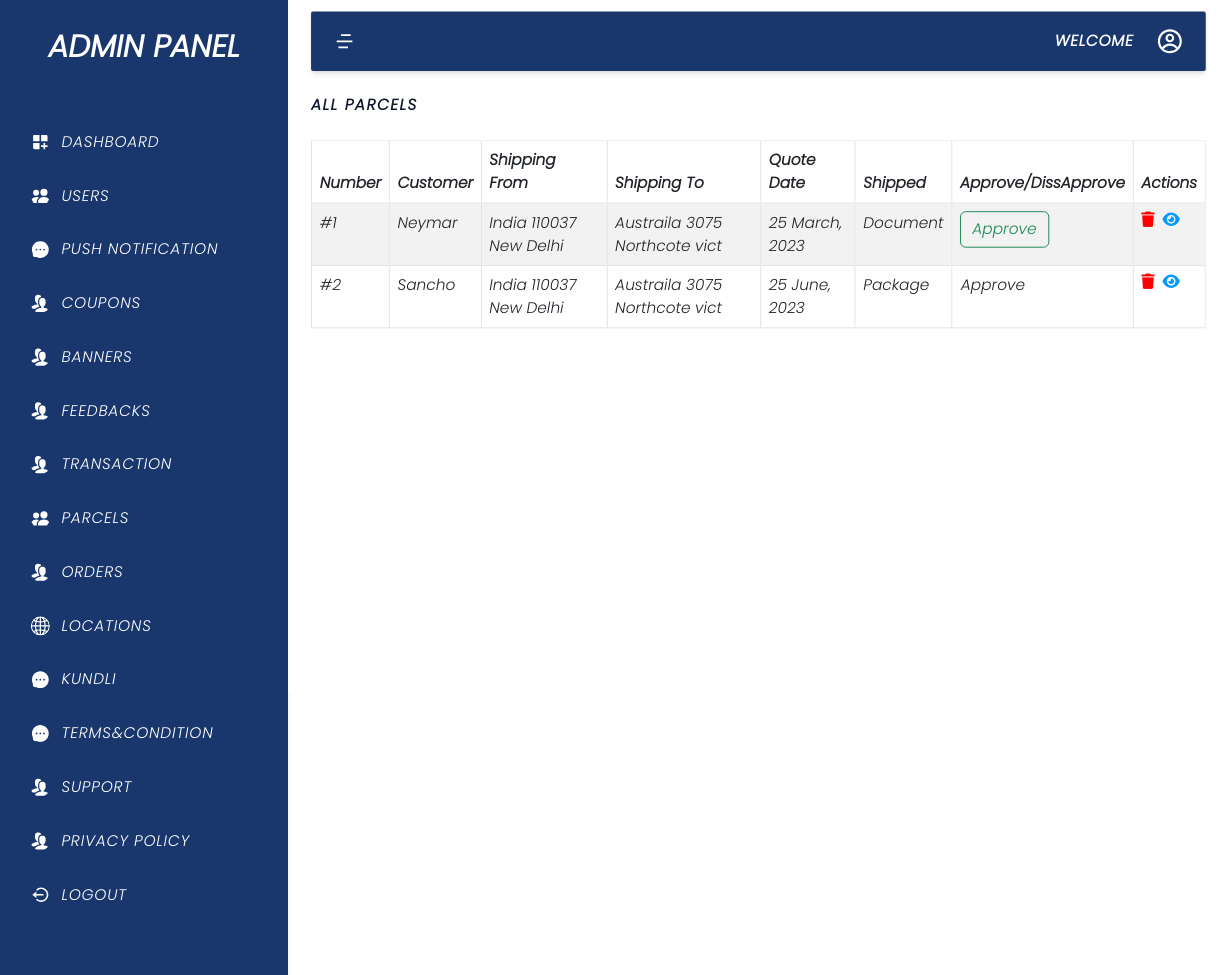
Repository: FlyweisReact/sarita
Page: /astro
An editor plug-in stored every save of this project. The page is shown before and after a run of saves, followed by the edit.
The browser window is 1280 px wide. The pictures show the whole page, at 96% of full size.
Some web libraries are served in a nearby version. The project was rebuilt for these pictures with package versions that can differ from the ones it lists, and the page was loaded fresh each time. Also part of the build but not shown: src/vendorPanel/forms/VendorLogin.jsx, src/vendorPanel/pages/AdminDiscount.js, src/vendorPanel/pages/AdminReview.js, src/vendorPanel/pages/Banners.js, src/vendorPanel/pages/Booking.js, src/vendorPanel/pages/Horoscope.js, src/vendorPanel/pages/Kundli.js, src/vendorPanel/pages/Message.js and 8 more.

Above is the page before, as saved 2023-04-19 13:03:59.

After the next 2 saves:
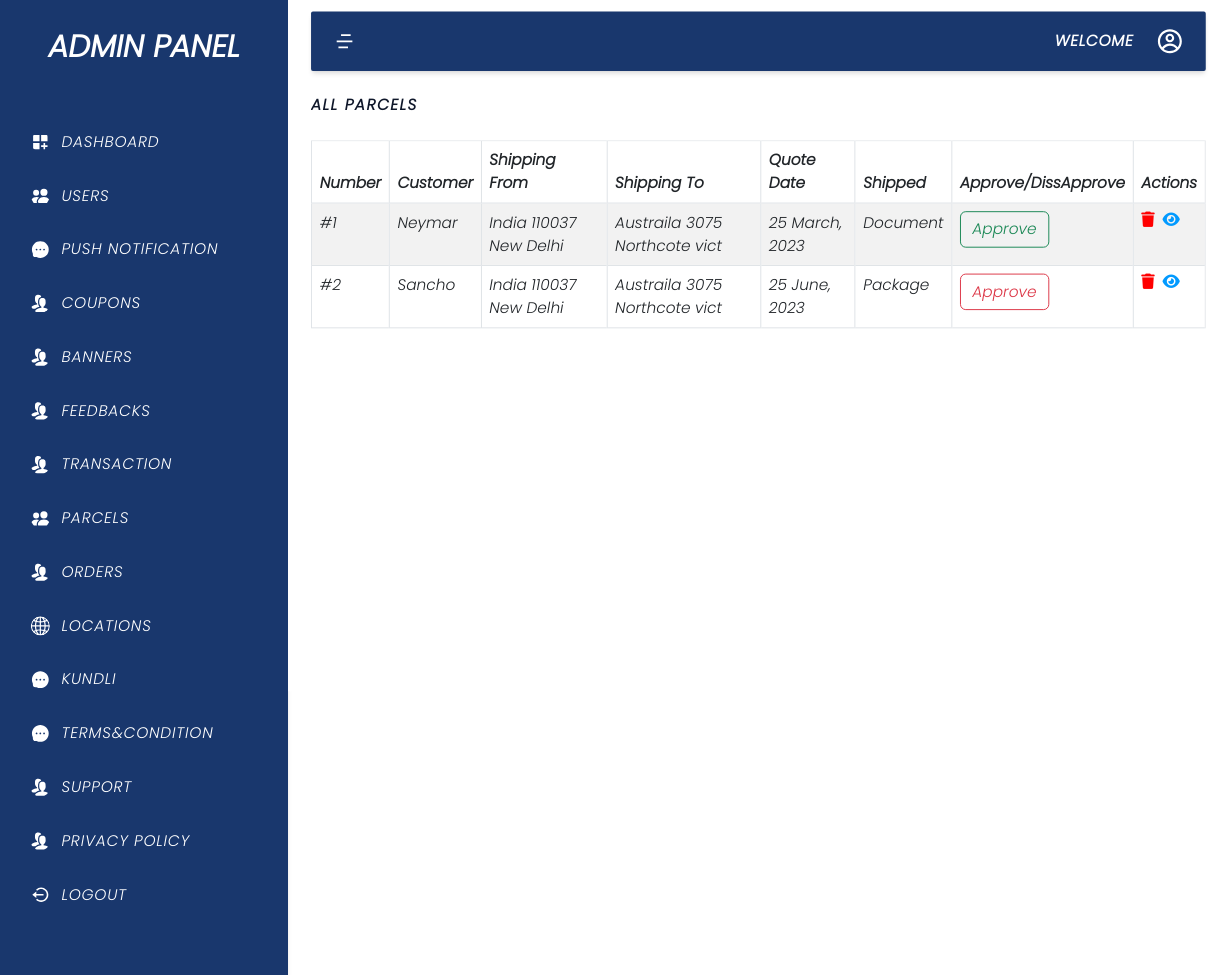
The 2 saves are shown as one change because they came seconds apart.
The last was saved 8 s later.
--- a/src/vendorPanel/pages/Astrologers.js
+++ b/src/vendorPanel/pages/Astrologers.js
@@ -211,7 +211,10 @@ const Astrologers = () => {
               <td>Austraila 3075 Northcote vict</td>
               <td>25 June, 2023</td>
               <td>Package</td>
-              <Button variant="outline-dab">Approve</Button>
+      <td>
+      <Button variant="outline-danger">Approve</Button>
+
+      </td>
                 <td>
                   <span className="d-flex gap-2">
                     <i className="fa-solid fa-trash" />
